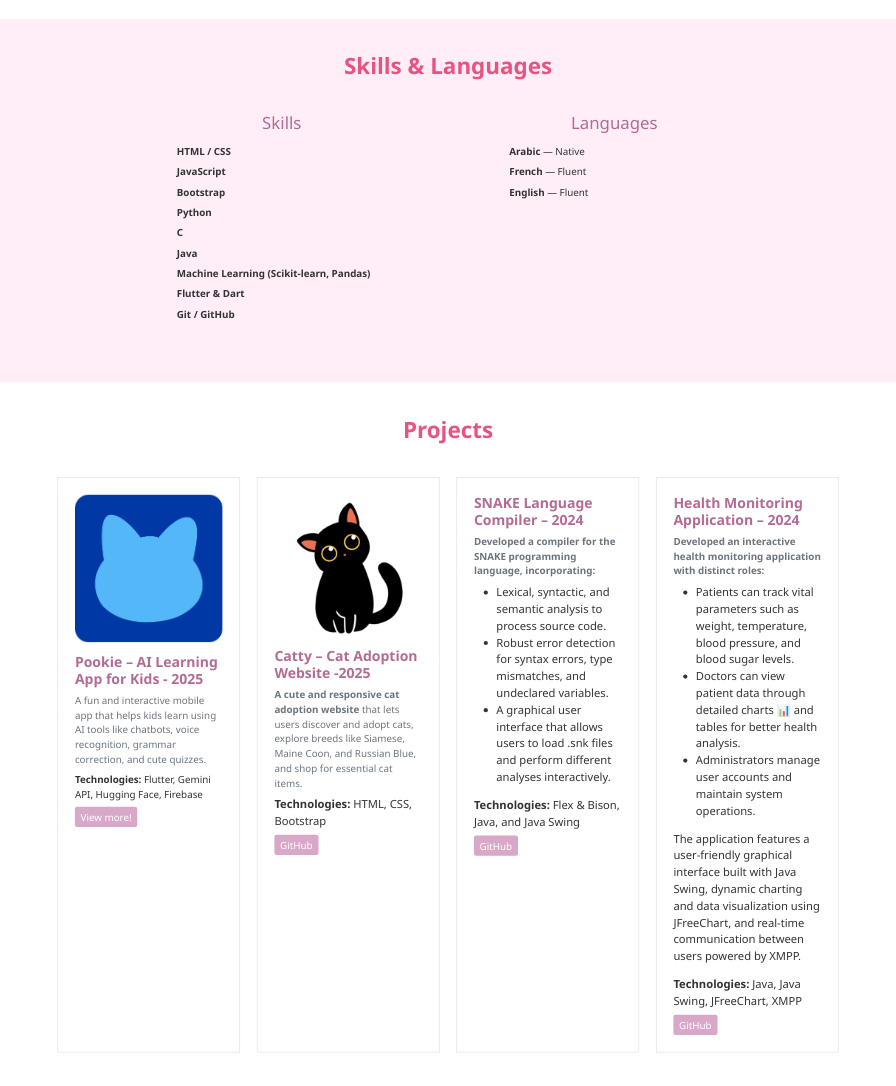
Repository: rihebtlh/portfolio
Page: new.html
The author's editor kept a copy of each file at every save. The page is drawn from the files as they stood at one save, then again after a run of saves.
The browser window is 1280 px wide. The pictures show the part of the page from y = 2092 to 4012 px (the page is 3643 px tall before and 4012 px after), at 70% of full size.

Above is the page before, as saved 2025-07-02 16:48:54.

### new.html
<!DOCTYPE html>
<html lang="en">
<head>
  <meta charset="UTF-8" />
  <meta name="viewport" content="width=device-width, initial-scale=1.0" />
  <title>Riheb Talhi Portfolio</title>
  <link href="https://cdn.jsdelivr.net/npm/bootstrap@5.0.2/dist/css/bootstrap.min.css" rel="stylesheet" />
  <script src="https://cdn.jsdelivr.net/npm/bootstrap@5.0.2/dist/js/bootstrap.bundle.min.js"></script>
  <link rel="stylesheet" href="https://cdn.jsdelivr.net/npm/bootstrap-icons@1.10.5/font/bootstrap-icons.css">


  <style>
    body {
      font-family: 'Segoe UI', sans-serif;
      color: #333;
      background: #fff;
    }

    .navbar {
      background: rgba(255, 255, 255, 0.9);
      box-shadow: 0 4px 6px rgba(0, 0, 0, 0.05);
    }

    .navbar-nav .nav-link {
      color: #b36b94 !important;
      font-weight: 500;
    }

    .navbar-nav .nav-link:hover {
      color: #e75480 !important;
    }

    .btn-secondary {
      background-color: #d9a7c7;
      border: none;
    }

    .btn-secondary:hover {
      background-color: #e2b8d3;
    }

    h1, h2 {
      font-weight: 700;
    }

    .display-2 {
      color: #e75480;
    }

    .display-5 {
      color: #a070a8;
    }

    section {
      padding: 4rem 0;
    }

    .head {
      background-color: #ffeef8;
    }

    .about {
      background-color: #ffffff;
    }

    .about h2 {
      color: #e75480;
    }

    .about p {
      font-size: 1.1rem;
      color: #444;
      max-width: 800px;
    }

    img.rounded-circle {
      border: 4px solid #fff;
    }
    /* Simple timeline style */
  .timeline-item {
    border-left: 3px solid #e75480;
    padding-left: 1rem;
    position: relative;
  }
  .timeline-item::before {
    content: '';
    position: absolute;
    left: -9px;
    top: 0.4rem;
    width: 15px;
    height: 15px;
    background: #e75480;
    border-radius: 50%;
  }
  </style>
</head>
<body>

  <!-- Navbar -->
  <nav class="navbar navbar-expand-md navbar-light fixed-top">
    <div class="container-xxl">
      <button class="navbar-toggler" type="button" data-bs-toggle="collapse" data-bs-target="#main-nav"
        aria-controls="main-nav" aria-expanded="false" aria-label="Toggle navigation">
        <span class="navbar-toggler-icon"></span>
      </button>

      <div class="collapse navbar-collapse justify-content-end align-items-center" id="main-nav">
        <ul class="navbar-nav">
          <li class="nav-item"><a class="nav-link" href="#about">About Me</a></li>
          <li class="nav-item"><a class="nav-link" href="#resume">My Resume</a></li>
          <li class="nav-item"><a class="nav-link" href="#skills">Skills & Languages</a></li>
          <li class="nav-item"><a class="nav-link" href="#projects">Projects</a></li>
          <li class="nav-item ms-2 d-none d-md-inline">
            <a class="btn btn-secondary" href="#contact">Contact me here!</a>
          </li>
        </ul>
      </div>
    </div>
  </nav>

  <!-- Hero Section -->
    <section class="head d-flex align-items-center" style="min-height: 100vh;" id="home">
    <div class="container-lg">
        <div class="row justify-content-center align-items-center">
        <div class="col-md-8 text-start">
            <h1>
            <div class="display-2 fw-bold">Riheb Talhi</div>
            <div class="display-5">Computer Science Student</div>
            <div class="display-6 text-muted">just love to solve real-world problems through creative coding.</div>
            </h1>
        </div>
        <div class="col-md-4 text-center d-none d-md-block">
            <span class="tt" data-bs-placement="bottom" title="pic">
            <img src="/assets/pic.jpg" alt="Your photo" class="img-fluid rounded-circle shadow" style="max-height: 400px;">
            </span>
        </div>
        </div>
    </div>
    </section>


  <!-- About Me Section (White) -->
  <section class="about" id="about">
    <div class="container-lg">
      <div class="row justify-content-center">
        <div class="col-md-5">
          <h2 class="mb-4">About Me</h2>
          <p><strong>Name:</strong> Riheb Talhi</p>
          <p><strong>Email:</strong> talhiriheb@gmail.com</p>
          <p><strong>Education:</strong> university of science and technology of oran - mohamed boudiaf</p>
          <p>
            <i class="bi bi-github text-dark me-2"></i>
            <a href="https://github.com/rihebtlh" target="_blank">@rihebtlh</a>
          </p>
          <p>
            <i class="bi bi-linkedin"></i>
            <a href="https://www.linkedin.com/in/riheb-talhi-bab320293" target="_blank">Talhi Riheb</a>
          </p>
          <p>
            I love building smart, helpful apps and exploring the world of artificial intelligence.
            Currently, I'm focused on AI development especially in natural language processing (NLP) and machine learning (ML).
          </p>

        </div>
      </div>
    </div>
  </section>
  <!-- Resume Section -->
    <section id="resume" class="py-5" style="background:#fff;">
        <div class="container-lg">
            <h2 class="mb-5" style="color:#e75480;">My Resume</h2>
            <div class="row">

            <!-- Education -->
            <div class="col-md-6 mb-4">
                <h4 class="mb-4" style="color:#b36b94;">Education</h4>
                <div class="timeline">
                <div class="timeline-item mb-4">
                    <h5 class="mb-1 fw-bold">University of Science and Technology of Oran - Mohamed Boudiaf</h5>
                    <p class="text-muted mb-0"><small>Bachelor's Degree in Computer Science</small></p>
                    <p class="text-muted"><small>2022 - 2025</small></p>
                    <p>Focused on software development, AI, and data structures.</p>
                </div>
                <!-- Add more education here if needed -->
                </div>
            </div>

            <!-- Experience -->
            <div class="col-md-6 mb-4">
                <h4 class="mb-4" style="color:#b36b94;">Experience</h4>
                <div class="timeline">
                <div class="timeline-item mb-4">
                    <h5 class="mb-1 fw-bold">Internship at XYZ Company</h5>
                    <p class="text-muted mb-0"><small>Summer 2023</small></p>
                    <p>Worked on developing web applications and learning Agile methodologies.</p>
                </div>
                <div class="timeline-item mb-4">
                    <h5 class="mb-1 fw-bold">Freelance Web Developer</h5>
                    <p class="text-muted mb-0"><small>2022 - Present</small></p>
                    <p>Built personal and small business websites with modern UI/UX design.</p>
                </div>
                <!-- Add more experience as needed -->
                </div>
            </div>
            </div>
            <!-- Certifications -->
            <div class="col-md-4 mb-4">
                <h4 class="mb-4" style="color:#b36b94;">Certifications</h4>
                <div class="timeline">
                <div class="timeline-item mb-4">
                    <h5 class="fw-bold">Meta Front-End Developer</h5>
                    <p class="text-muted"><small>Coursera · 2024</small></p>
                    <p>Gained skills in React, responsive design, and UI/UX fundamentals.</p>
                </div>
                <div class="timeline-item mb-4">
                    <h5 class="fw-bold">AI For Everyone</h5>
                    <p class="text-muted"><small>Coursera · 2023</small></p>
                    <p>Introduction to AI principles and how AI is used in real-world systems.</p>
                </div>
                </div>
            </div>
        </div>
    </section>
    <!-- Skills & Languages Section -->
    <section id="skills" class="py-5" style="background-color: #ffeef8;">
    <div class="container-lg text-center">
        <h2 class="mb-5" style="color: #e75480;">Skills & Languages</h2>

        <div class="row justify-content-center">
        <!-- Skills -->
        <div class="col-md-5 mb-4">
            <h4 class="mb-3" style="color: #b36b94;">Skills</h4>
            <ul class="list-unstyled small text-start mx-auto" style="max-width: 300px;">
            <li class="mb-2"><strong>HTML / CSS</strong></li>
            <li class="mb-2"><strong>JavaScript</strong></li>
            <li class="mb-2"><strong>Bootstrap</strong></li>
            <li class="mb-2"><strong>Python</strong></li>
            <li class="mb-2"><strong>C</strong></li>
            <li class="mb-2"><strong>Java</strong></li>
            <li class="mb-2"><strong>Machine Learning (Scikit-learn, Pandas)</strong></li>
            <li class="mb-2"><strong>Flutter & Dart</strong></li>
            <li class="mb-2"><strong>Git / GitHub</strong></li>
            </ul>
        </div>

        <!-- Languages -->
        <div class="col-md-5 mb-4">
            <h4 class="mb-3" style="color: #b36b94;">Languages</h4>
            <ul class="list-unstyled small text-start mx-auto" style="max-width: 300px;">
            <li class="mb-2"><strong>Arabic</strong> — Native</li>
            <li class="mb-2"><strong>French</strong> — Fluent</li>
            <li class="mb-2"><strong>English</strong> — Fluent</li>
            </ul>
        </div>
        </div>
    </div>
    </section>
    <!-- Projects Section -->
    <section id="projects" class="py-5" style="background-color: #fff;">
      <div class="container-lg">
        <h2 class="mb-5 text-center" style="color: #e75480;">Projects</h2>

        <div class="row justify-content-center g-4">
          <div class="col-md-3">
            <div class="p-4 border rounded-4 h-100" style="border-color: #ffd6e8; background-color: #fff;">
              <img src="assets/Group.png" alt="Pookie App Preview" class="img-fluid rounded mb-3" style="max-height: 300px; width: 100%; object-fit: cover;">
              <h5 class="fw-bold" style="color: #b36b94;">Pookie – AI Learning App for Kids - 2025</h5>
              <p class="text-muted small mb-2">
                A fun and interactive mobile app that helps kids learn using AI tools like chatbots, voice recognition, grammar correction, and cute quizzes.
              </p>
              <p class="mb-2 small"><strong>Technologies:</strong> Flutter, Gemini API, Hugging Face, Firebase</p>
              <a href="#" target="_blank" class="btn btn-sm btn-secondary">View more!</a>
            </div>
          </div>

          <!-- Project 1 -->
          <div class="col-md-3">
            <div class="p-4 border rounded-4 h-100" style="border-color: #ffd6e8; background-color: #fff;">
              <!-- Project Image -->
              <img src="assets/catLogo.webp" alt="Catty Website Preview" class="img-fluid rounded mb-2">
              <!-- Project Content -->
              <h5 class="fw-bold" style="color: #b36b94;">Catty – Cat Adoption Website -2025</h5>
              <p class="text-muted small mb-2"><strong>A cute and responsive cat adoption website</strong> that lets users discover and adopt cats, explore breeds like Siamese, Maine Coon, and Russian Blue, and shop for essential cat items.</p>
              <p class="mb-2"><strong>Technologies:</strong> HTML, CSS, Bootstrap</p>
              <a href="https://github.com/rihebtlh/catty-storefront" target="_blank" class="btn btn-sm btn-secondary">GitHub</a>
            </div>
          </div>
          <!-- Project 2 -->
          <div class="col-md-3">
            <div class="p-4 border rounded-4 h-100" style="border-color: #ffd6e8;">
              <h5 class="fw-bold" style="color: #b36b94;">SNAKE Language Compiler – 2024</h5>
              <p class="text-muted small mb-2"><strong>Developed a compiler for the SNAKE programming language, incorporating:</strong></p>
              <p class="text-muted small mb-2">
                <ul>
                  <li>Lexical, syntactic, and semantic analysis to process source code.</li>
                  <li>Robust error detection for syntax errors, type mismatches, and undeclared variables.</li>
                  <li>A graphical user interface that allows users to load .snk files and perform different analyses interactively.</li>
                </ul>
              </p>
              <p class="mb-2"><strong>Technologies:</strong> Flex & Bison, Java, and Java Swing</p>
              <a href="https://github.com/rihebtlh/Compilation" target="_blank" class="btn btn-sm btn-secondary">GitHub</a>
            </div>
          </div>
          <!-- Project 3 -->
          <div class="col-md-3">
            <div class="p-4 border rounded-4 h-100" style="border-color: #ffd6e8;">
              <h5 class="fw-bold" style="color: #b36b94;">Health Monitoring Application – 2024</h5>
              <p class="text-muted small mb-2"><strong>Developed an interactive health monitoring application with distinct roles:</strong></p>
              <p class="text-muted small mb-2">
                <ul>
                  <li>Patients can track vital parameters such as weight, temperature, blood pressure, and blood sugar levels.</li>
                  <li>Doctors can view patient data through detailed charts 📊 and tables for better health analysis.</li>
                  <li>Administrators manage user accounts and maintain system operations.</li>
                </ul>
                <p>
                  The application features a user-friendly graphical interface built with Java Swing,
                  dynamic charting and data visualization using JFreeChart,
                  and real-time communication between users powered by XMPP.
                </p></p>
              <p class="mb-2"><strong>Technologies:</strong> Java, Java Swing, JFreeChart, XMPP</p>
              <a href="https://github.com/rihebtlh/health" target="_blank" class="btn btn-sm btn-secondary">GitHub</a>
            </div>
          </div>
        </div>
      </div>
    </section>






  <!-- Tooltip Init -->
  <script>
    const tooltips = document.querySelectorAll('.tt');
    tooltips.forEach(t => {
      new bootstrap.Tooltip(t);
    });
  </script>

</body>
</html>

After the next 2 saves:
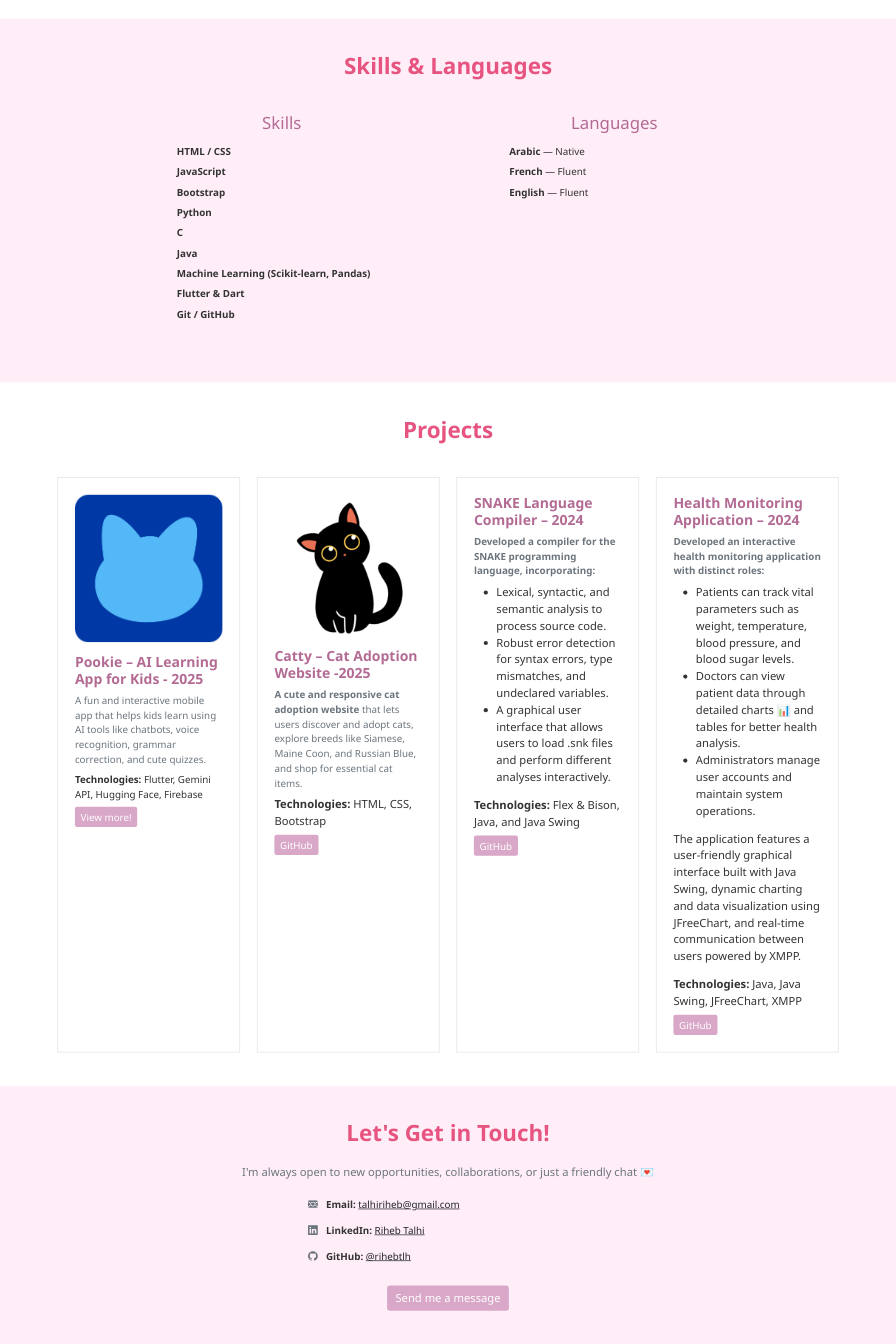
The 2 saves are shown as one change because they came seconds apart.
The last was saved 3 min 22 s later.
--- a/new.html
+++ b/new.html
@@ -324,6 +324,36 @@
         </div>
       </div>
     </section>
+    <!-- Contact Section -->
+<section id="contact" class="py-5" style="background-color: #ffeef8;">
+  <div class="container-lg text-center">
+    <h2 class="mb-4" style="color: #e75480;">Let's Get in Touch!</h2>
+    <p class="mb-4 text-muted">I'm always open to new opportunities, collaborations, or just a friendly chat 💌</p>
+
+    <!-- Contact Info -->
+    <div class="row justify-content-center">
+      <div class="col-md-6">
+        <ul class="list-unstyled small text-start mx-auto" style="max-width: 400px;">
+          <li class="mb-3">
+            <i class="bi bi-envelope-heart-fill text-secondary me-2"></i>
+            <strong>Email:</strong> <a href="mailto:talhiriheb@gmail.com" class="text-dark">talhiriheb@gmail.com</a>
+          </li>
+          <li class="mb-3">
+            <i class="bi bi-linkedin text-secondary me-2"></i>
+            <strong>LinkedIn:</strong> <a href="https://www.linkedin.com/in/riheb-talhi-bab320293" target="_blank" class="text-dark">Riheb Talhi</a>
+          </li>
+          <li class="mb-3">
+            <i class="bi bi-github text-secondary me-2"></i>
+            <strong>GitHub:</strong> <a href="https://github.com/rihebtlh" target="_blank" class="text-dark">@rihebtlh</a>
+          </li>
+        </ul>
+        <!-- Optional button -->
+        <a href="mailto:talhiriheb@gmail.com" class="btn btn-secondary mt-3">Send me a message</a>
+      </div>
+    </div>
+  </div>
+</section>
+
 
 
 
